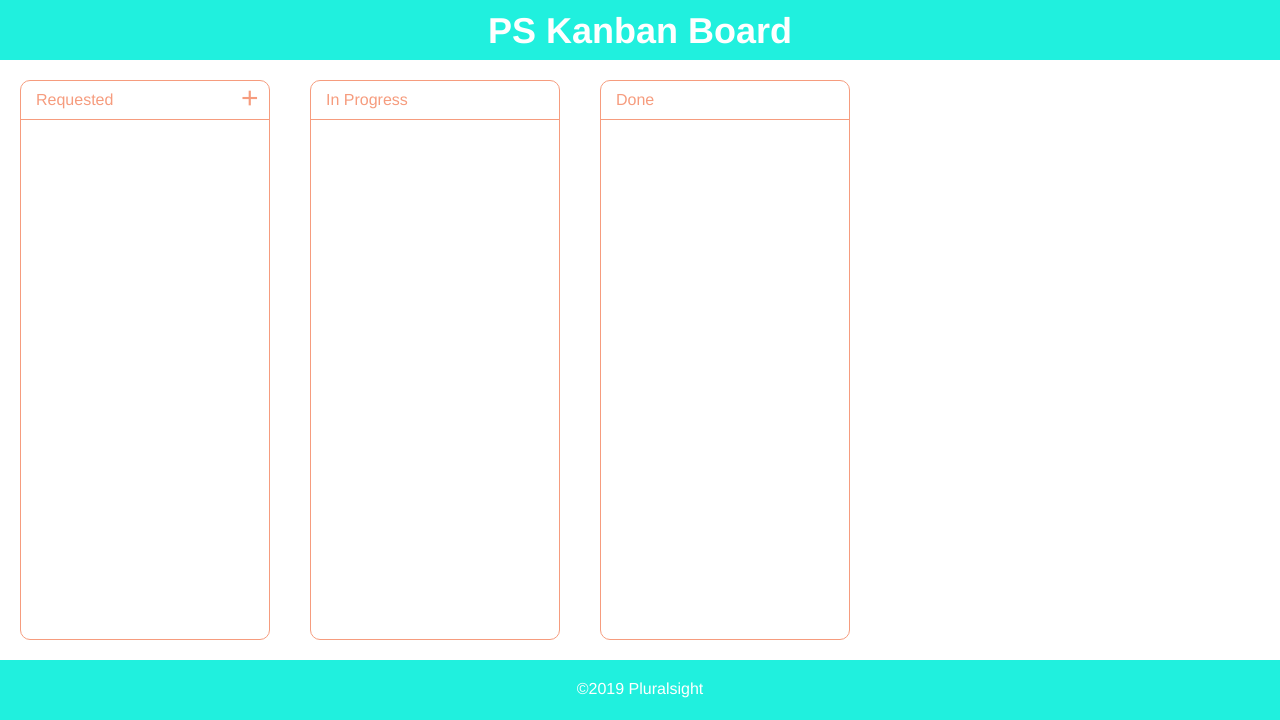
Repository: fhub-1/JS-KanbanBoard
Page: index.html
These files come from the project's save history. The page is drawn as it stood at one moment and after the next save; the edit follows.
The browser window is 1280 px wide. The pictures show the whole page.

Above is the page before, as saved 2022-01-19 14:12:36.

After the next save:
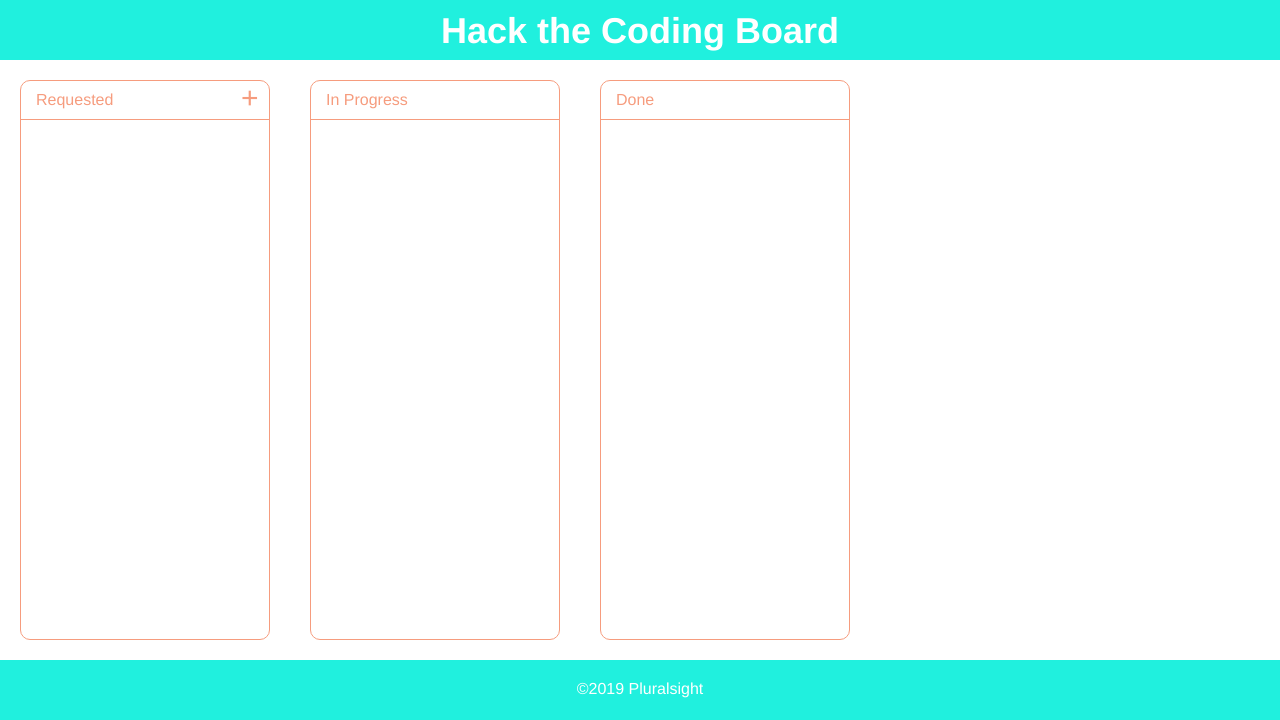
Saved 82 s later.
--- a/index.html
+++ b/index.html
@@ -4,12 +4,12 @@
   <meta charset="utf-8">
   <meta name="viewport" content="width=device-width, initial-scale=1">
   <link rel="stylesheet" href="css/styles.css">
-  <title>PS Kanban Board Project</title>
+  <title>Hack the Coding Board Project</title>
 </head>
 <body>
   <header class="flex">
     <h1>
-      PS Kanban Board
+      Hack the Coding Board
     </h1>
   </header>
   <div class="error"></div>
